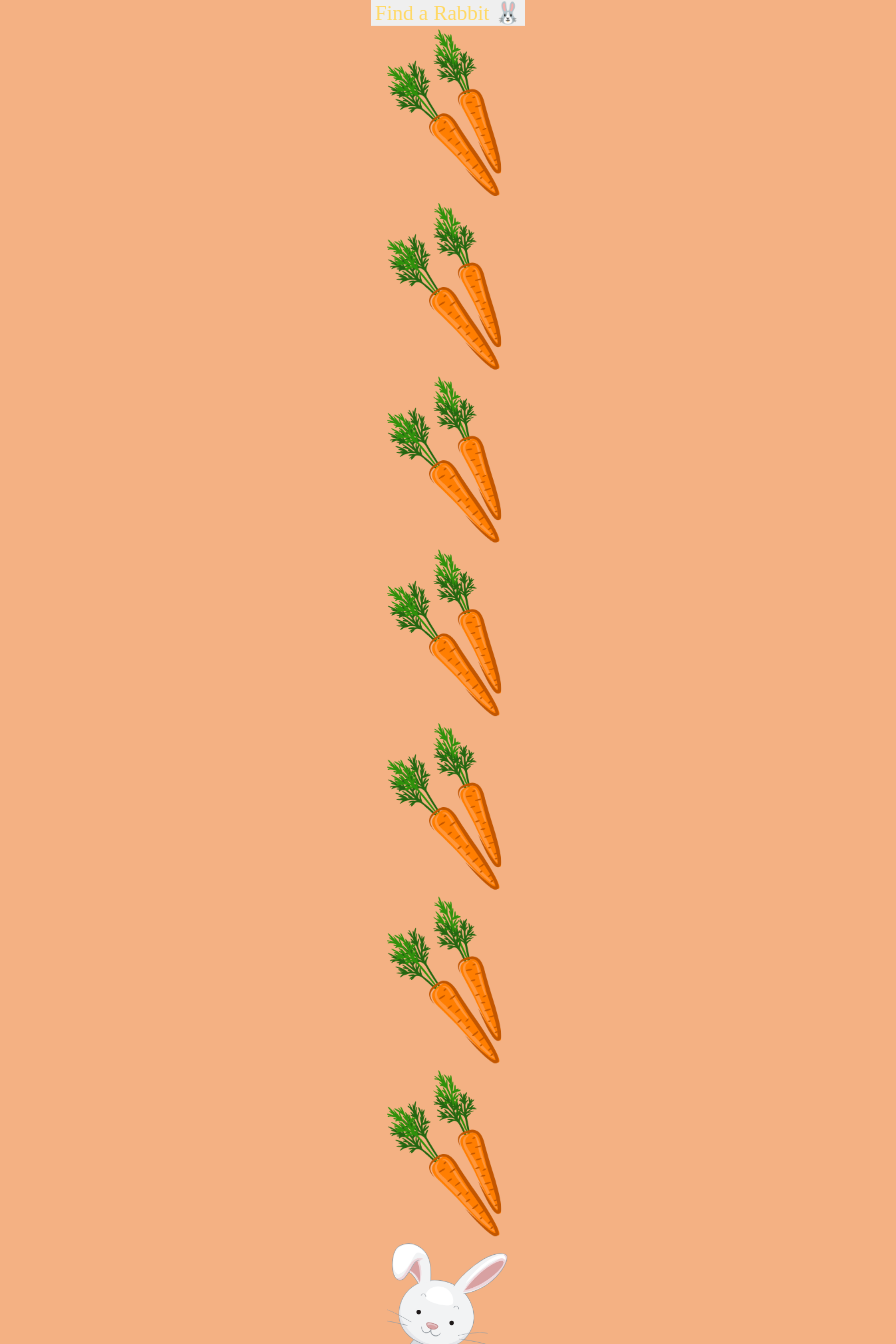
Repository: sephinejo/frontend-browser-101
Page: browser/practice-find-rabbit/index.html
These files come from the project's save history. The page is drawn as it stood at one moment and after the next save; the edit follows.
The browser window is 1280 px wide. The pictures show the part of the page from y = 0 to 1920 px (the page is 2978 px tall), at 70% of full size.
Some web fonts or font styles are not loaded; a fallback is used.

Above is the page before, as saved 2023-05-10 21:14:51.

After the next save:
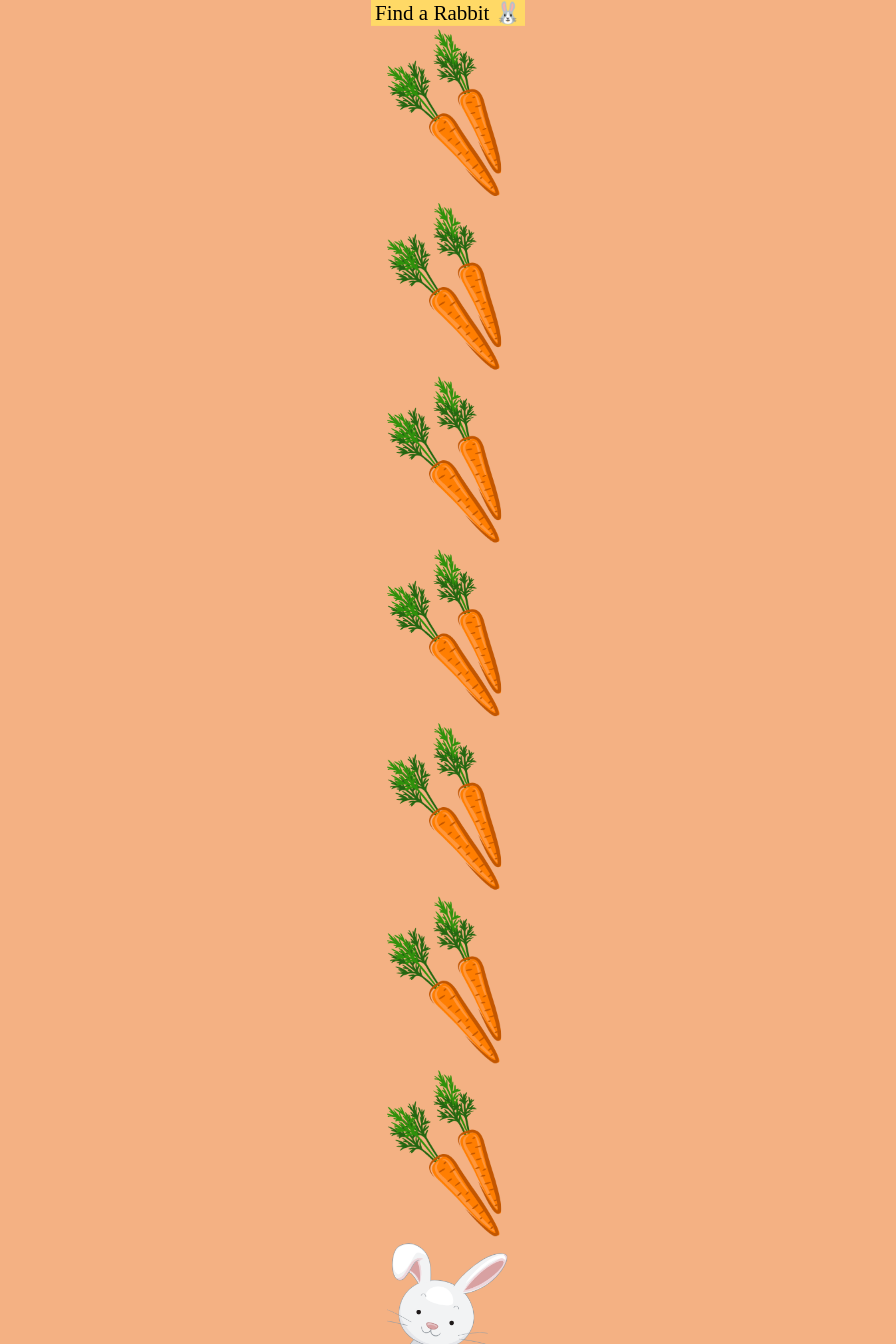
Saved 16 s later.
--- a/browser/practice-find-rabbit/index.html
+++ b/browser/practice-find-rabbit/index.html
@@ -21,7 +21,7 @@
 
       button {
         border-style: none;
-        color: #ffd966;
+        background-color: #ffd966;
         font-size: 30px;
         font-family: Alice;
       }
